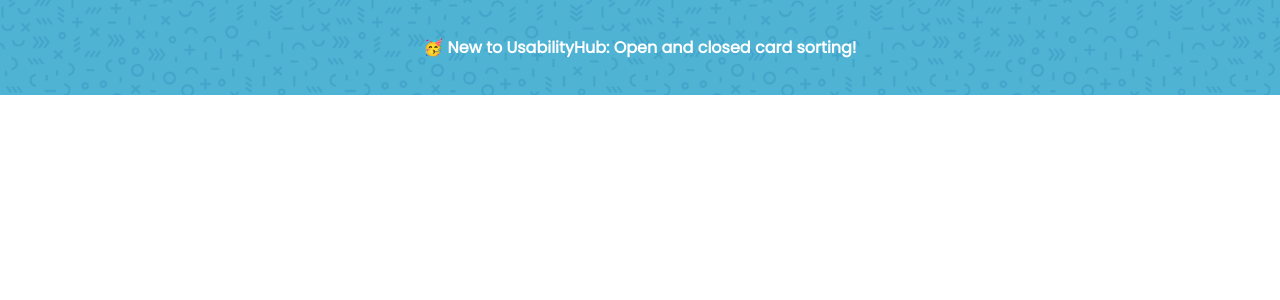
Repository: ramlakhan1/clone1
Page: index.html
An editor plug-in stored every save of this project. The page is shown before and after the next save, followed by the edit.
The browser window is 1280 px wide. The pictures show the whole page.
Some web libraries are served in a nearby version.

Above is the page before, as saved 2022-11-29 17:08:05.

After the next save:
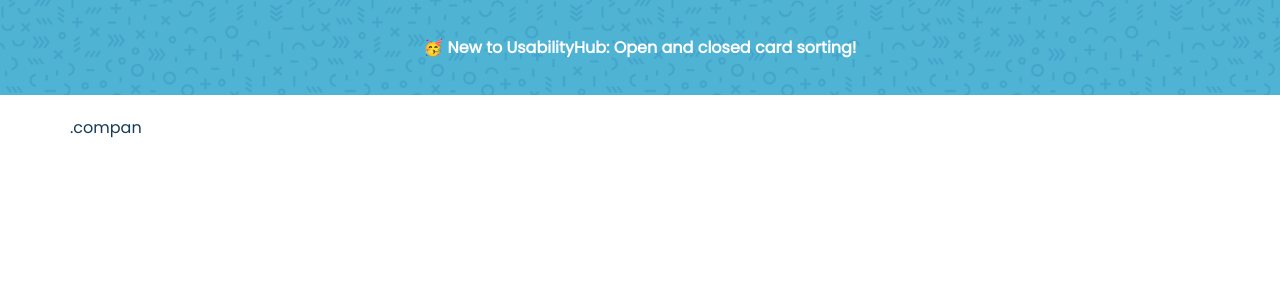
Saved 24 s later.
--- a/index.html
+++ b/index.html
@@ -17,7 +17,7 @@
     </div>
     <nav>
         <div class="container">
-
+            .compan
         </div>
     </nav>
     <header></header>

After the 2 saves that followed:
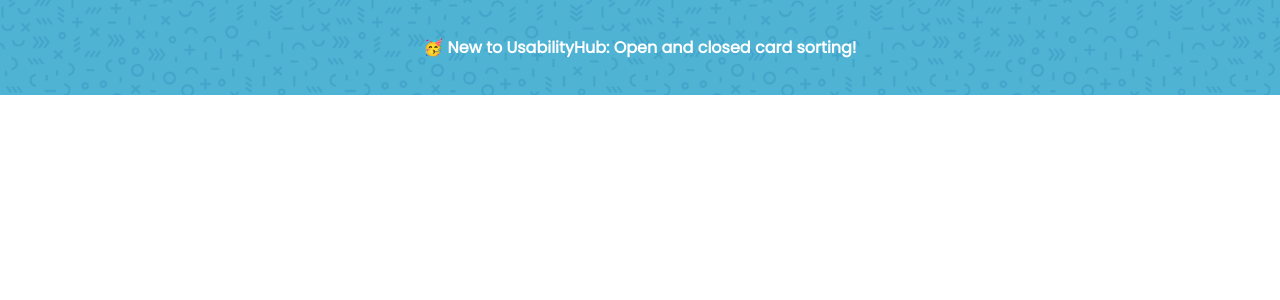
The 2 saves are shown as one change because they came seconds apart.
The last was saved 7 s later.
--- a/index.html
+++ b/index.html
@@ -17,7 +17,7 @@
     </div>
     <nav>
         <div class="container">
-            .compan
+            <div class="company-logo"></div>
         </div>
     </nav>
     <header></header>
